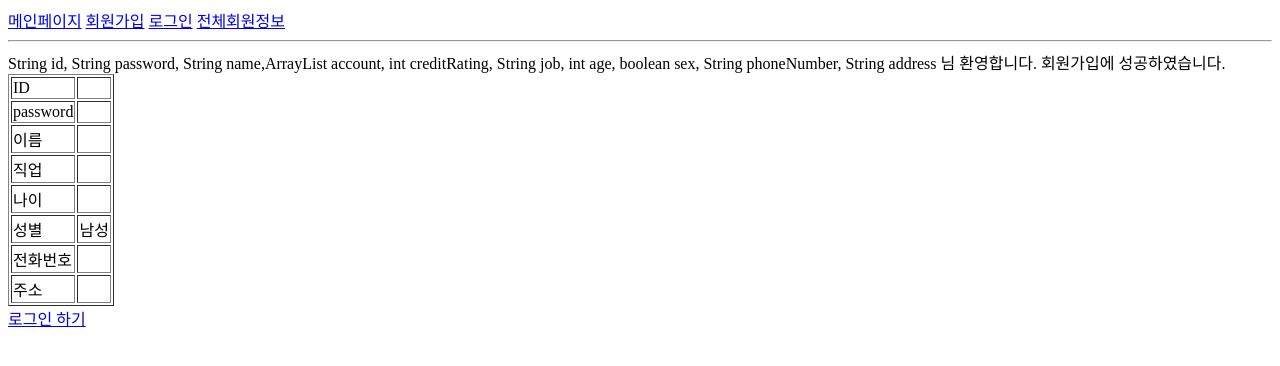
Repository: fellownew/web_workspace
Page: http://localhost/BankSystem_FrontController/WEB-INF/view/customer/register_success.jsp
The author's editor kept a copy of each file at every save. The page is drawn from the files as they stood at one save, then again after the next save.
The browser window is 1280 px wide. The pictures show the whole page.
The page is served by Tomcat 9. Nobody is signed in. The template is opened directly, without the code that normally fills it, so the values that code supplies are empty.

Above is the page before, as saved 2015-04-13 10:21:16.

After the next save:
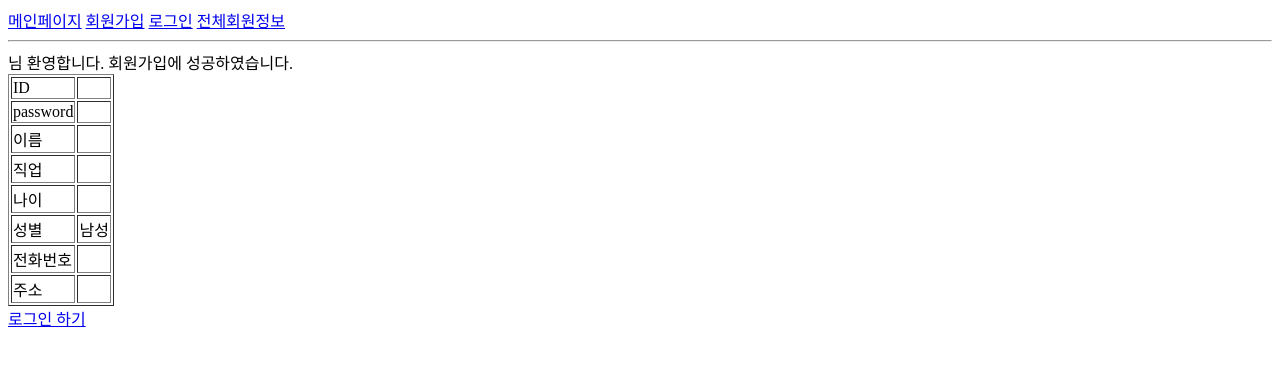
Saved 6 s later.
--- a/BankSystem_FrontController/WebContent/WEB-INF/view/customer/register_success.jsp
+++ b/BankSystem_FrontController/WebContent/WEB-INF/view/customer/register_success.jsp
@@ -5,8 +5,6 @@
 <head>
 <meta charset="UTF-8">
 <title>회원 가입 성공</title>
-String id, String password, String name,ArrayList<Account> account, int creditRating, String job, int age,
-			boolean sex, String phoneNumber, String address
 </head>
 <body>
 	${requestScope.info.id }님 환영합니다. 회원가입에 성공하였습니다.<br/>
